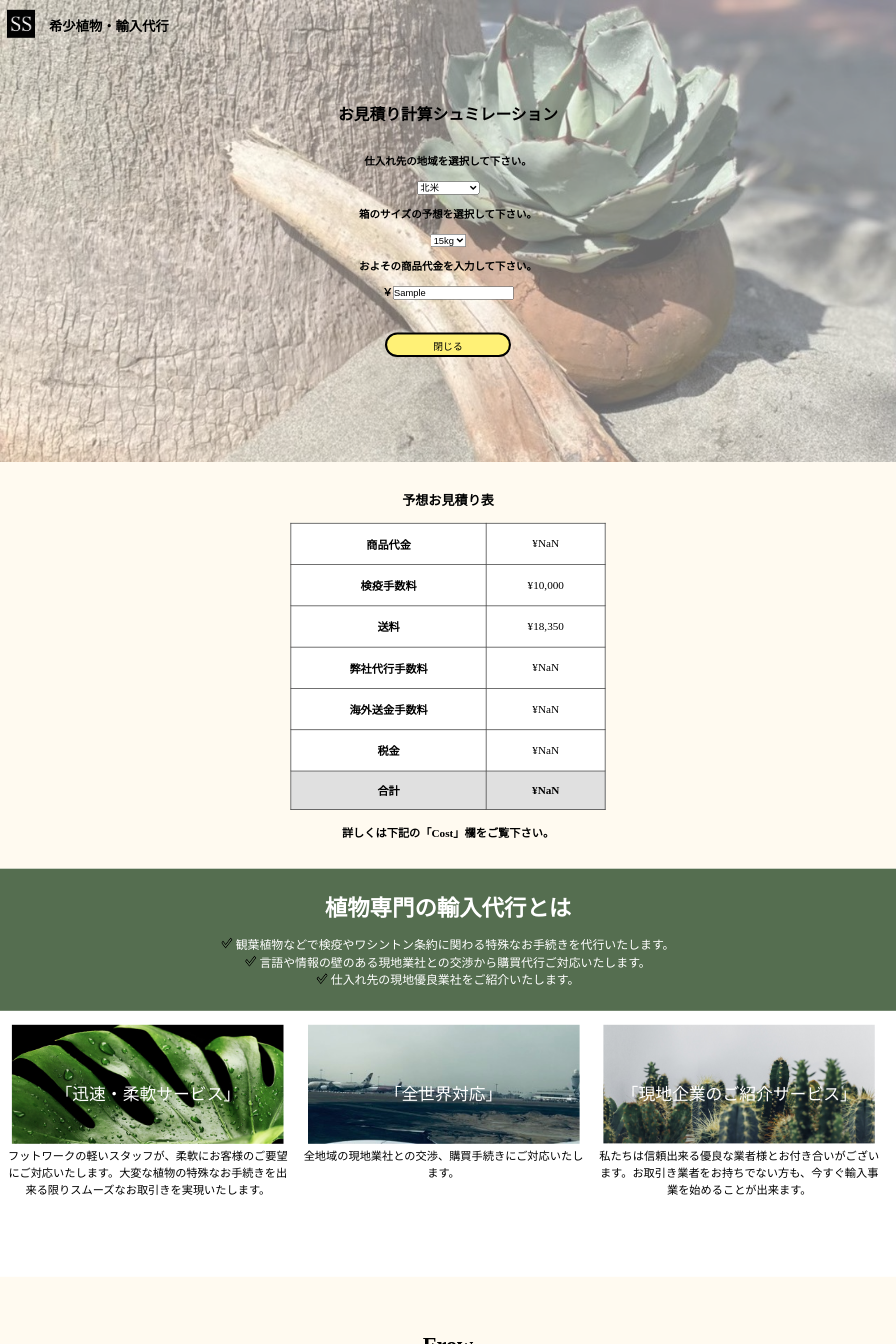
Repository: Seiya00002/seeds-surf-lp
Page: index.html
The author's editor kept a copy of each file at every save. The page is drawn from the files as they stood at one save, then again after the next save.
The browser window is 1280 px wide. The pictures show the part of the page from y = 0 to 1920 px (the page is 4644 px tall), at 70% of full size.
Empty fields were first filled with sample values (such as "Sample", 5 or name@example.com).
After loading, the first visible `#button` was clicked once.

Above is the page before, as saved 2023-07-18 09:29:47.

After the next save:
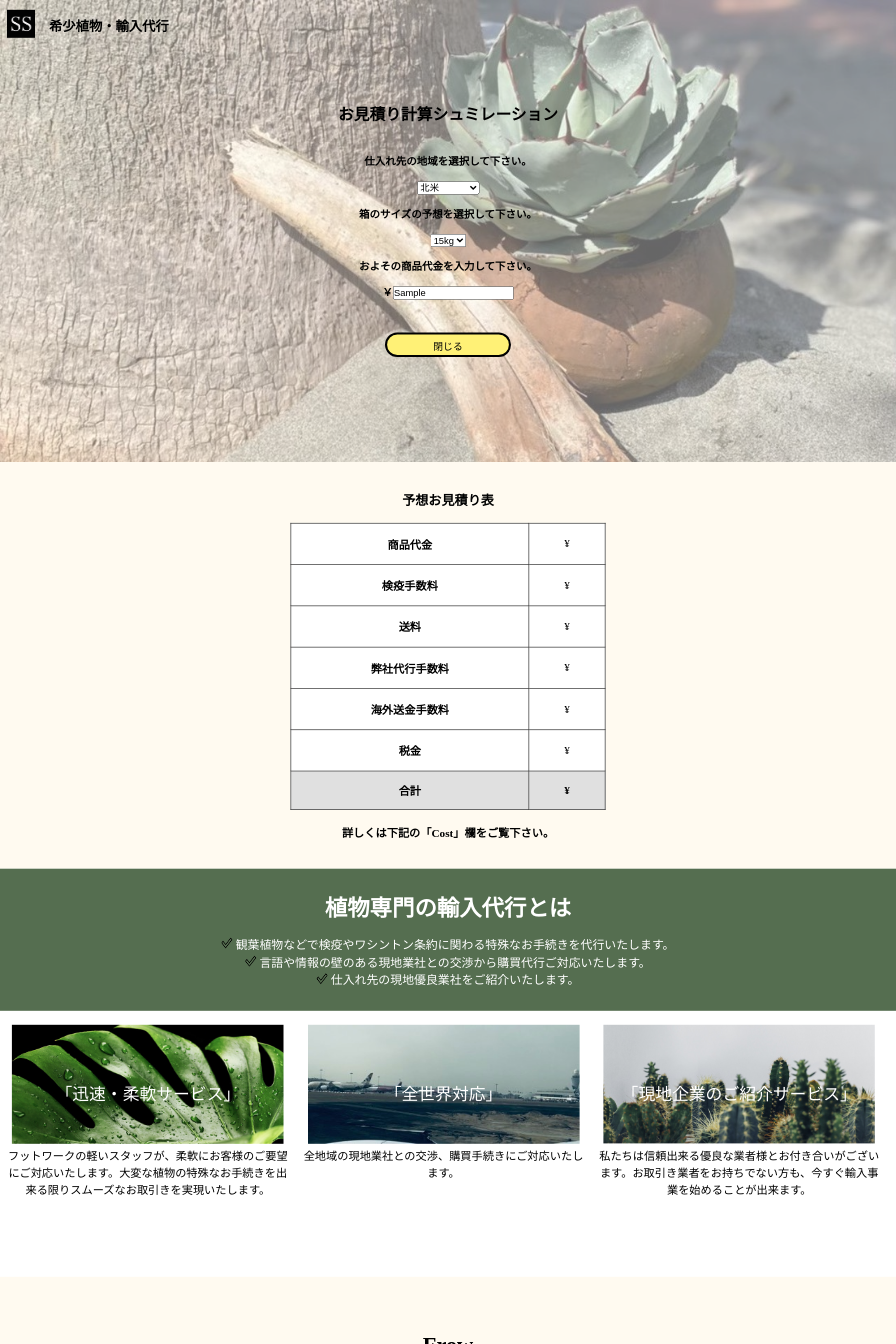
Console error: ReferenceError: Cannot access 'boxPriceValue' before initialization
Saved 3 min 54 s later.
--- a/app.js
+++ b/app.js
@@ -67,16 +67,19 @@
     let plantsPriceString = price.value;
 
     let plantsPrice = parseInt(plantsPriceString, 10); // plantsPriceStringを数値に変換
-    let boxPriceValue = parseInt(boxPrice, 10); // plantsPriceStringを数値に変換
 
     const phyto = 10000;
     let argent = plantsPrice * 0.2;
+    let boxCalc = boxPrice*region
+    console.log(boxCalc);
     let sendingMoneyNum = (plantsPrice + boxPriceValue) * 0.0073;
     let sendingMoney = Math.round(sendingMoneyNum);
     let tax = plantsPrice * 0.07;
 
     let taxValue = parseInt(tax, 10);
     let sendingMoneyNumValue = parseInt(sendingMoney, 10);
+    let boxPriceValue = parseInt(boxPrice, 10);
+
 
     let estimateNum = ( region * boxPrice) + (plantsPrice *0.2) + phyto + plantsPrice + sendingMoneyNumValue + taxValue;
     let plantsValue = plantsPrice.toLocaleString();

After the 2 saves that followed:
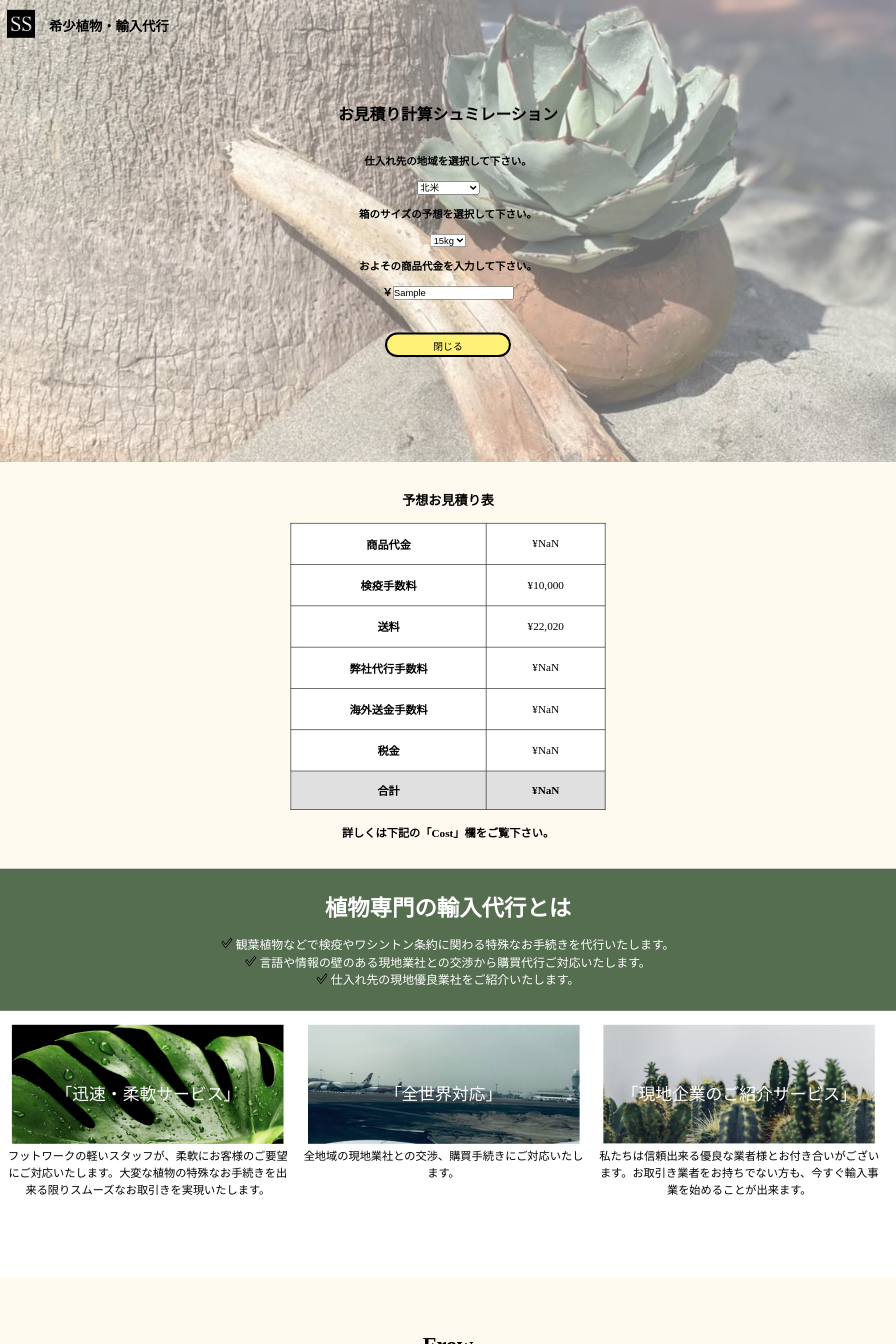
The error is gone.
The 2 saves are shown as one change because 1 left the picture as it was.
The last was saved 101 s later.
--- a/app.js
+++ b/app.js
@@ -71,14 +71,15 @@
     const phyto = 10000;
     let argent = plantsPrice * 0.2;
     let boxCalc = boxPrice*region
-    console.log(boxCalc);
+
+    let boxPriceValue = parseInt(boxCalc, 10);
+
     let sendingMoneyNum = (plantsPrice + boxPriceValue) * 0.0073;
     let sendingMoney = Math.round(sendingMoneyNum);
     let tax = plantsPrice * 0.07;
 
     let taxValue = parseInt(tax, 10);
     let sendingMoneyNumValue = parseInt(sendingMoney, 10);
-    let boxPriceValue = parseInt(boxPrice, 10);
 
 
     let estimateNum = ( region * boxPrice) + (plantsPrice *0.2) + phyto + plantsPrice + sendingMoneyNumValue + taxValue;
